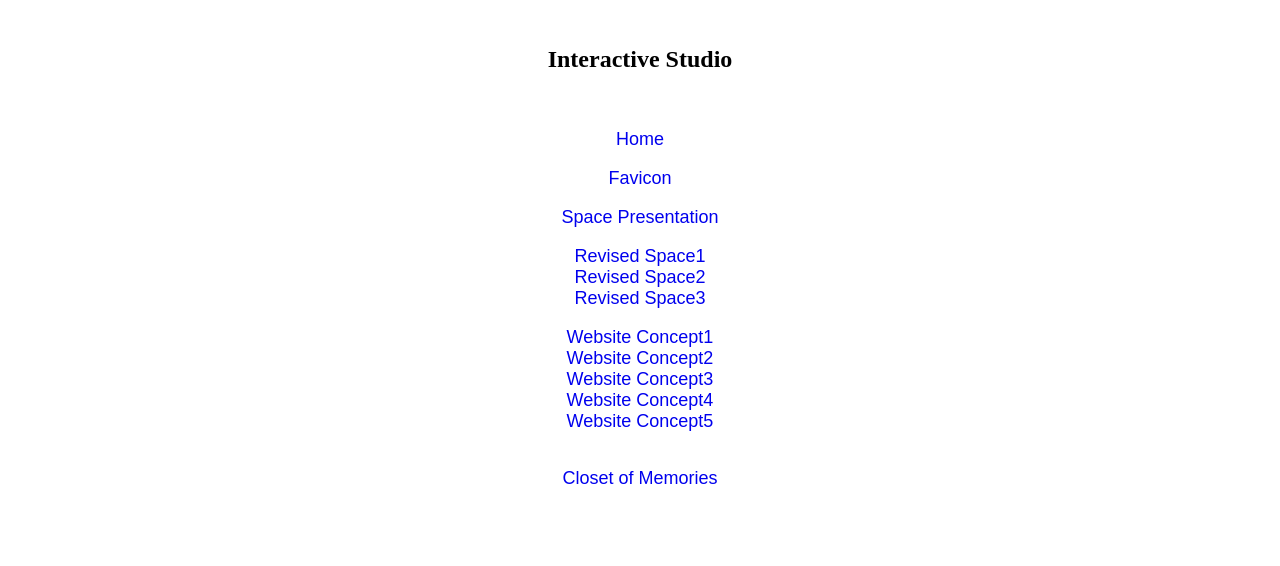
Repository: parkh899/parkh899.github.io
Page: studio/index.html
The author's editor kept a record of every edit. The page is drawn from the files as they stood at one moment, then again after the next edit.
The browser window is 1280 px wide. The pictures show the whole page.

Above is the page before.

### studio/index.html
<html>
    <head>
    <style>
    a:link {
        text-decoration: none;
    	font-family: vrinda, arial, "Times New Roman", Times, serif;
    	font-size: 18px;
    }

    a:visited {
        text-decoration: none;
    }

    a:hover {
        text-decoration: underline;
    }

    a:active {
        text-decoration: underline;
    }
    </style>
    <link rel="icon" href="../favicon.jpg" sizes="16x16 32x32" type="image/jpg">
    </head>

    <body>
        <center>
            <br/>
            <h2>Interactive Studio</h2>
            <br/><br/>

            <a href= "../index.html">Home</a><br/><br/>
            <a href= "favicon.html">Favicon</a><br/><br/>
            <a href= "space.pdf">Space Presentation</a><br/><br/>
            <a href= "concept1rev.pdf">Revised Space1</a><br/>
            <a href= "concept2rev.pdf">Revised Space2</a><br/>
            <a href= "concept3rev.pdf">Revised Space3</a><br/><br/>
            <a href= "concept1.pdf">Website Concept1</a><br/>
            <a href= "concept2.pdf">Website Concept2</a><br/>
            <a href= "concept3.pdf">Website Concept3</a><br/>
            <a href= "concept4.pdf">Website Concept4</a><br/>
            <a href= "concept5.pdf">Website Concept5</a><br/><br/><br/>
            <a href= "space/caart.html">Closet of Memories</a>
        </center>
    </body>
</html>

After the next edit:
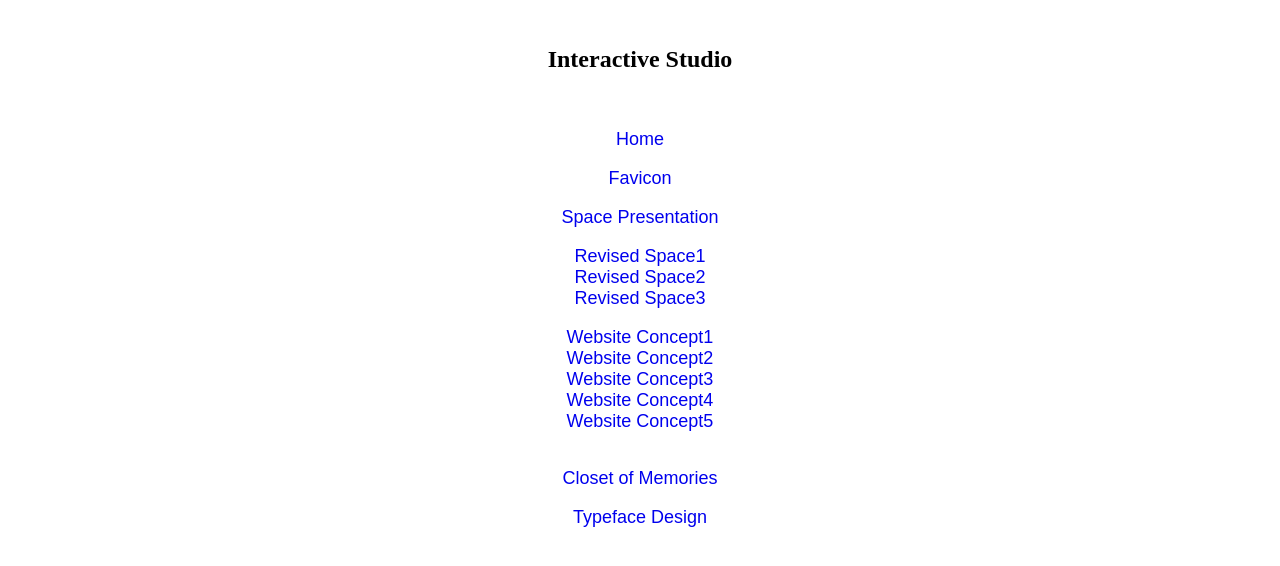
The edit:
--- a/studio/index.html
+++ b/studio/index.html
@@ -39,7 +39,8 @@
             <a href= "concept3.pdf">Website Concept3</a><br/>
             <a href= "concept4.pdf">Website Concept4</a><br/>
             <a href= "concept5.pdf">Website Concept5</a><br/><br/><br/>
-            <a href= "space/caart.html">Closet of Memories</a>
+            <a href= "space/caart.html">Closet of Memories</a><br/><br/>
+            <a href= "typeface/typeface.pdf">Typeface Design</a>
         </center>
     </body>
 </html>
